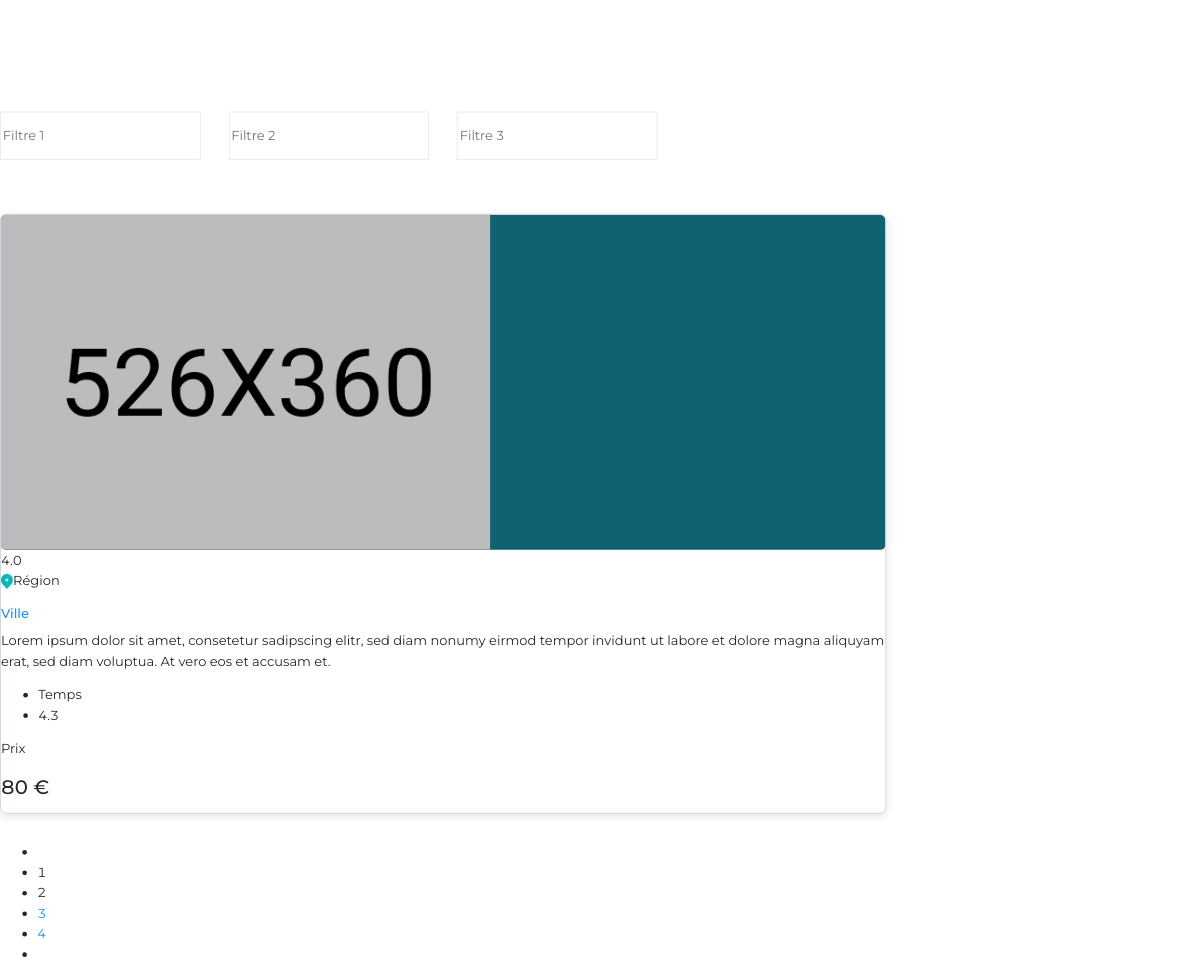
Repository: Emerson1220/projet-neofeel-lacapsule
Page: /roadPlanner (app in reactapp/)
An editor plug-in stored every save of this project. The page is shown before and after the next save, followed by the edit.
The browser window is 1280 px wide. The page is 1295 px wide, so the pictures cover 1295 px, including what lies to the right of the window. The pictures show the whole page, at 93% of full size.
The project was rebuilt for these pictures with package versions that can differ from the ones it lists, and the page was loaded fresh each time. Also part of the build but not shown: reactapp/src/Nav.js, reactapp/src/ScreenHome.js.

Above is the page before, as saved 2021-05-18 10:29:10.

After the next save:
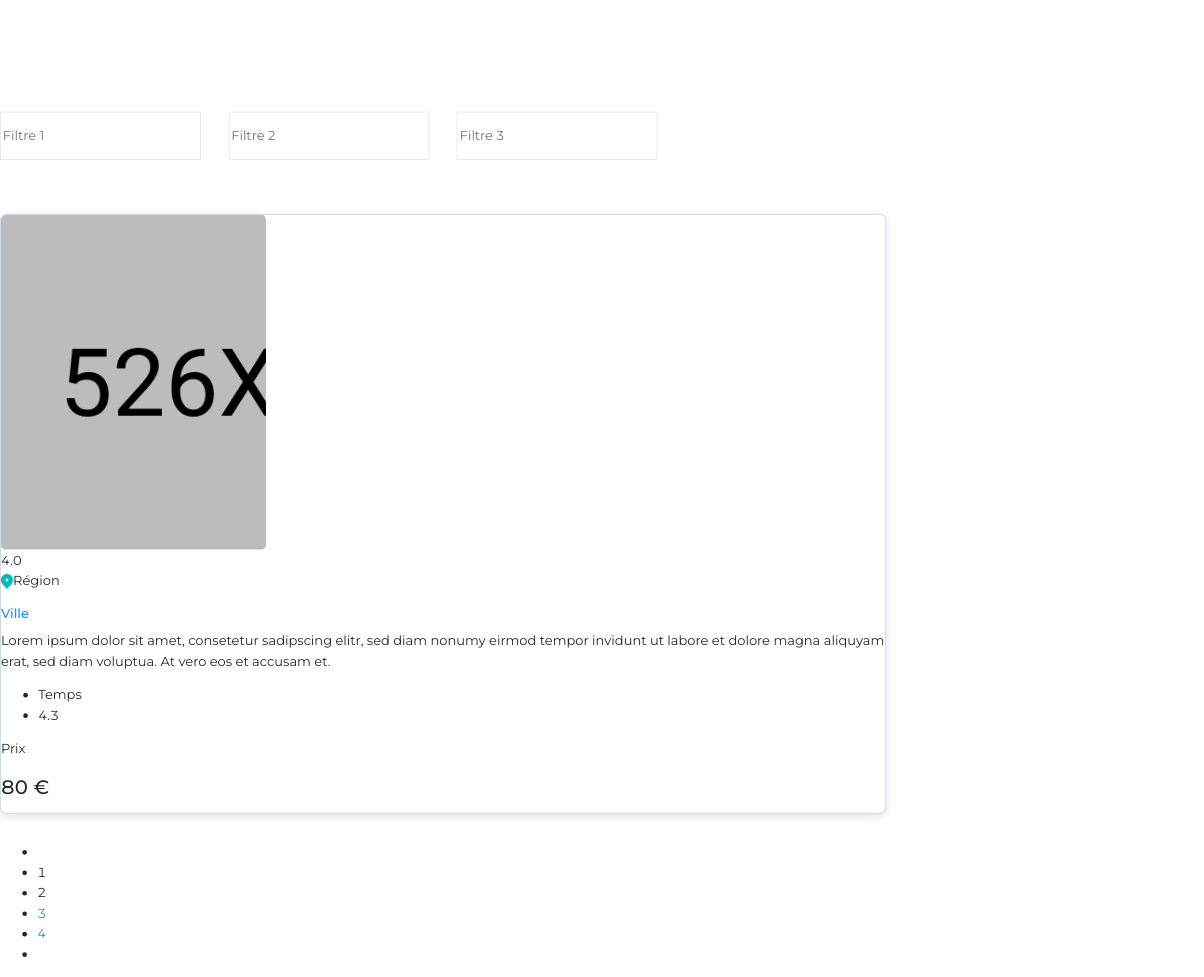
Saved 113 s later.
--- a/reactapp/src/screens/ScreenRoadPlanner.js
+++ b/reactapp/src/screens/ScreenRoadPlanner.js
@@ -161,6 +161,7 @@ let styles = {
     },
 
     single_destinations:{
+        display: 'flex',
         flexWrap: 'wrap',
         margin: '0 0 30px 0',
         border: '1px solid #CFD3DE',
